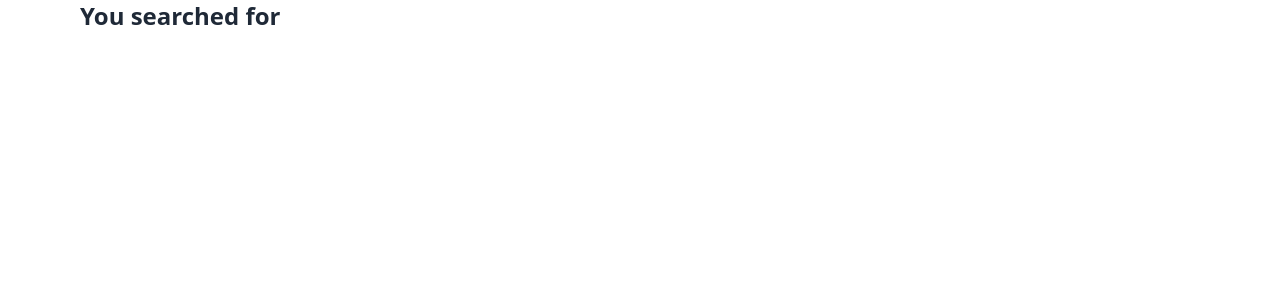
Repository: punitbathija/news-app
Page: /search
The author's editor kept a copy of each file at every save. The page is drawn from the files as they stood at one save, then again after the next save.
The browser window is 1280 px wide. The pictures show the whole page.
The project was rebuilt for these pictures with package versions that can differ from the ones it lists, and the page was loaded fresh each time. The framework's server and built-in components were replaced by stand-ins that run in the browser. Also part of the build but not shown: next.config.js, app/Newscard.js.

Above is the page before, as saved 2023-03-01 18:26:58.

After the next save:
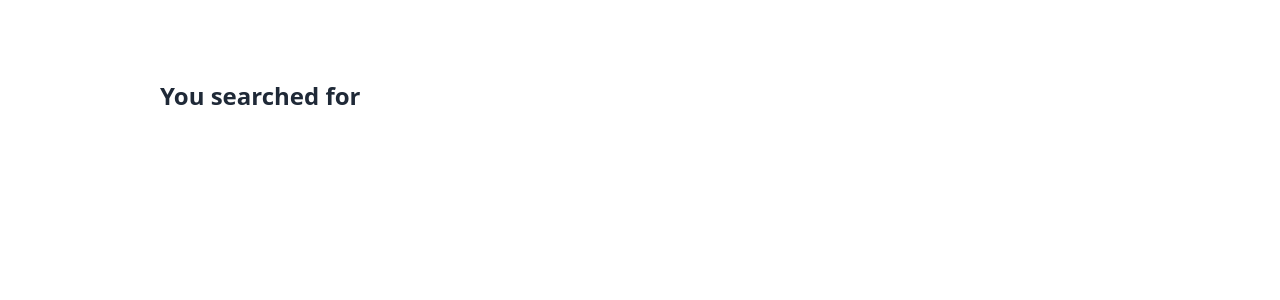
Saved 13 s later.
--- a/app/search/page.js
+++ b/app/search/page.js
@@ -19,7 +19,7 @@ export async function fetchNews() {
 
 function SearchPage({ searchParams }) {
   return (
-    <h1 className=" mx-20 font-semibold text-2xl">
+    <h1 className="p-20 mx-20 font-semibold text-2xl">
       You searched for <b>{searchParams?.term}</b>
     </h1>
   );
